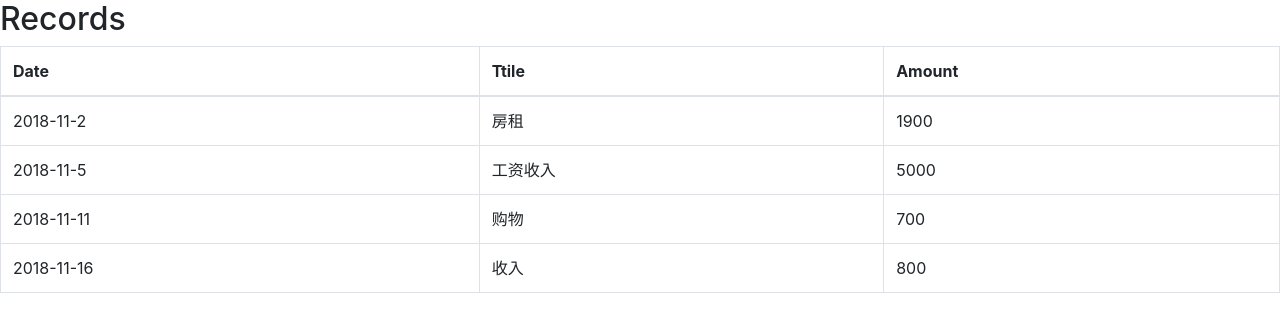
Repository: wjszydygns/accouts
Page: /
An editor plug-in stored every save of this project. The page is shown before and after the next save, followed by the edit.
The browser window is 1280 px wide. The pictures show the whole page.
The page's requests for data from a server got no answer. The project was rebuilt for these pictures with package versions that can differ from the ones it lists, and the page was loaded fresh each time. No one was signed in, and anything a server would have sent is missing.

Above is the page before, as saved 2018-11-30 09:53:34.

### public/index.html
<!DOCTYPE html>
<html lang="en">
  <head>
    <meta charset="utf-8">
    <link rel="shortcut icon" href="%PUBLIC_URL%/favicon.ico">
    <meta name="viewport" content="width=device-width, initial-scale=1, shrink-to-fit=no">
    <meta name="theme-color" content="#000000">
    <!--
      manifest.json provides metadata used when your web app is added to the
      homescreen on Android. See https://developers.google.com/web/fundamentals/web-app-manifest/
    -->
    <link rel="manifest" href="%PUBLIC_URL%/manifest.json">
    <link href="https://cdn.bootcss.com/twitter-bootstrap/4.1.3/css/bootstrap.min.css" rel="stylesheet">


    <title>React App</title>
  </head>
  <body>

    <div id="root"></div>

  </body>
</html>

### src/index.js
import React from 'react';
import ReactDOM from 'react-dom';

import RecordList from './components/records';
import * as serviceWorker from './serviceWorker';

ReactDOM.render(<RecordList />, document.getElementById('root'));

// If you want your app to work offline and load faster, you can change
// unregister() to register() below. Note this comes with some pitfalls.
// Learn more about service workers: http://bit.ly/CRA-PWA
serviceWorker.unregister();

### src/components/records.jsx
import React, { Component } from 'react';
import { table } from "antd"
import Record from "./record"

class RecordList extends Component {
  constructor(props)
  {
    super(props)
    this.state={
     records:
     [
        {id:1,date:"2018-11-2",title:"房租",amount:1900},
        {id:2,date:"2018-11-5",title:"工资收入",amount:5000},
        {id:3,date:"2018-11-11",title:"购物",amount:700},
        {id:4,date:"2018-11-16",title:"收入",amount:800},
     ]
    }
  }

  componentDidMount(){
    const url=`https://5bfe4524362b930013f651be.mockapi.io/api/v1/records`
     fetch(url).then(res=>{
       return res.json();

     }).then(data=>{  //res.data=data
       this.setState({
         records:data
       })
     }).catch(err=>
       console.log(err)
      )
  }
  render() {
    return (
      <div >
        <h2>Records</h2>
        <table className="table table-bordered">
          <thead>
            <tr>
              <th>Date</th>
              <th>Ttile</th>
              <th>Amount</th>
            </tr>
          </thead>
          <tbody>
            {
              this.state.records.map((item,index)=>{
                 return <Record  key={item.id} record={item}/>

              })
            }
          </tbody>

        </table>


      </div>
    );
  }
}

export default RecordList;

### src/components/record.jsx
import React, { Component } from 'react';
import {table} from "antd"

class Record extends Component {
  render() {
      const {record}=this.props
    return (
       <tr>
           <td>{record.date}</td>
           <td>{record.title}</td>
           <td>{record.amount}</td>
       </tr>
    );
  }
}

export default Record;

Loaded but not shown: src/serviceWorker.js (common file)

After the next save:
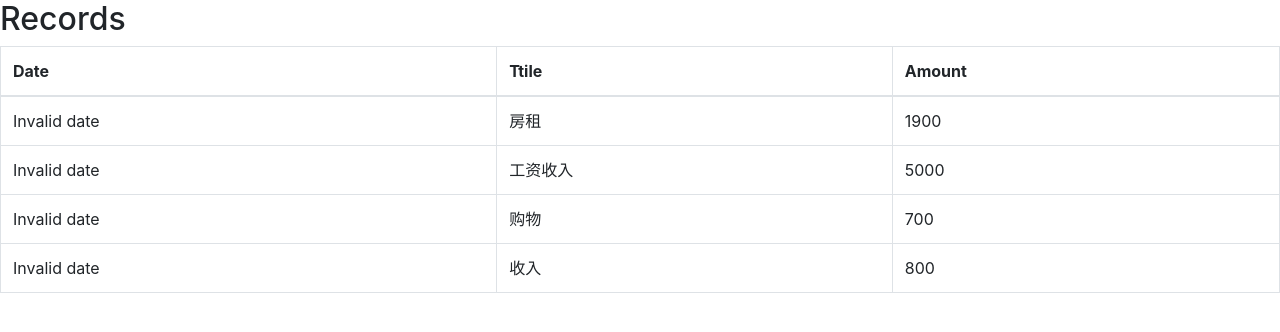
Saved 15 min 38 s later.
--- a/src/components/records.jsx
+++ b/src/components/records.jsx
@@ -1,6 +1,7 @@
 import React, { Component } from 'react';
 import { table } from "antd"
 import Record from "./record"
+import Moment from "moment"
 
 class RecordList extends Component {
   constructor(props)
@@ -45,6 +46,7 @@ class RecordList extends Component {
           <tbody>
             {
               this.state.records.map((item,index)=>{
+                 item.date=Moment.unix(item.data).format("YYYY-MM-DD")
                  return <Record  key={item.id} record={item}/>
 
               })
